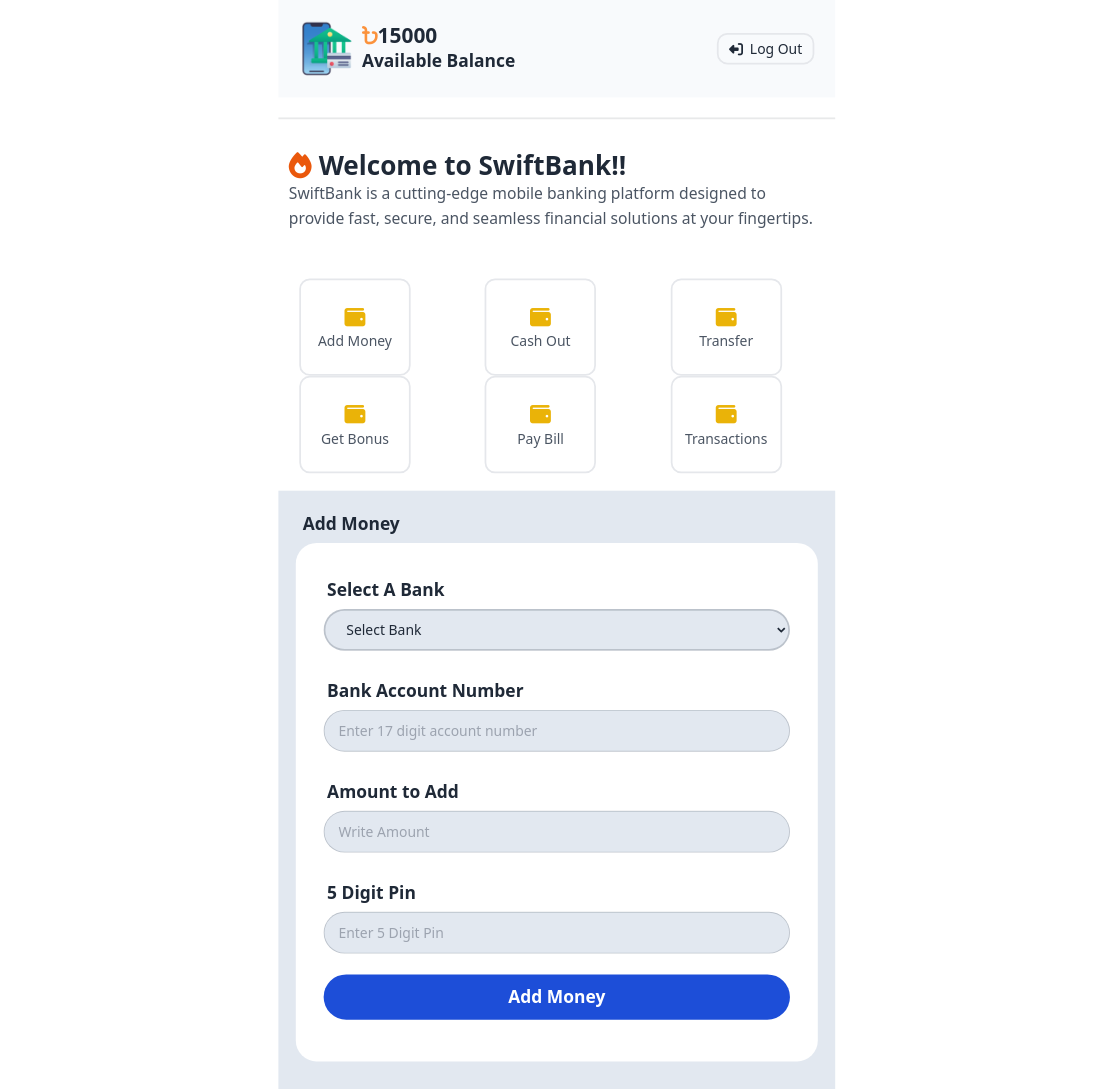
Repository: mukaddam-coder/swift-bank-mobile-banking
Page: home.html
The author's editor kept a copy of each file at every save. The page is drawn from the files as they stood at one save, then again after the next save.
The browser window is 1280 px wide. The pictures show the whole page, at 87% of full size.
Some web libraries are served in a nearby version.

Above is the page before, as saved 2024-12-16 18:49:31.

### home.html
<!DOCTYPE html>
<html lang="en">
<head>
    <meta charset="UTF-8">
    <meta name="viewport" content="width=device-width, initial-scale=1.0">
    <title>SwiftBank</title>
    <!-- Fontawesome CDN -->
    <script src="https://kit.fontawesome.com/c4e7b2ed2f.js" crossorigin="anonymous"></script>
    <!-- Google Fonts -->
    <link rel="preconnect" href="https://fonts.googleapis.com">
    <link rel="preconnect" href="https://fonts.gstatic.com" crossorigin>
    <link href="https://fonts.googleapis.com/css2?family=Montserrat:ital,wght@0,100..900;1,100..900&display=swap" rel="stylesheet">
    <!-- Tailwind + DaisyUi CDN -->
    <link href="https://cdn.jsdelivr.net/npm/daisyui@4.12.19/dist/full.min.css" rel="stylesheet" type="text/css" />
    <script src="https://cdn.tailwindcss.com"></script>

</head>
<body>

<main>
  <div class="w-1/2 mx-auto p-6 bg-slate-50 h-full flex justify-between items-center">
    <div class="flex gap-2">
        <!-- Logo -->
    <div>
    <img class="w-16 h-16" src="images/mobile-banking.png">
    </div>
    <div>
   <h2 class="text-2xl font-bold" id="main-balance">
   <i class="fa-solid fa-bangladeshi-taka-sign text-orange-400"></i>15000</h2>
   <p class="font-semibold text-xl">Available Balance</p>
</div>
</div>
<div>
<button class="border-2 w-28 px-1 py-1 rounded-xl"> <i class="fa-solid fa-right-from-bracket rotate-180 mr-2"></i>Log Out</button>
</div>
        </div>
    <div class="divider w-1/2 mx-auto"></div>
    <!-- Greetings Section -->
        <section class="w-1/2 mx-auto p-3">
            <h1 class="font-bold text-3xl"><i class="fa-solid fa-fire text-orange-600 text-3xl mr-2"></i>Welcome to SwiftBank!!</h1>
            <p class="text-gray-600 text-lg">
                SwiftBank is a cutting-edge mobile banking platform designed to provide fast, secure, and seamless financial solutions at your fingertips.
            </p>
        </section>
     <!-- User Actionable Dashboard -->

     <section class="w-1/2 mx-auto py-8">
        <div class="grid grid-cols-3">
          <div class="w-32 h-28 ml-3 p-3">
            <button id="show-add-money-section" class="border-2 w-32 h-28 rounded-xl bg-white text-gray-600">
            <p><i class="fa-solid fa-wallet text-yellow-500 text-2xl"></i></p>
            Add Money
           </button>
        </div>
          <div class="w-32 h-28 ml-3 p-3">
             <button id="show-cash-out-section" class="border-2 w-32 h-28 rounded-xl bg-white text-gray-600">
              <p><i class="fa-solid fa-wallet text-yellow-500 text-2xl"></i></p>
                Cash Out
              </button>
            </div>
          <div class="w-32 h-28 ml-3 p-3">
          <button id="show-money-transfer-section" class="border-2 w-32 h-28 rounded-xl bg-white text-gray-600">
              <p><i class="fa-solid fa-wallet text-2xl text-yellow-500"></i></p>
                Transfer
              </button>
            </div>
          <div class="w-32 h-28 ml-3 p-3">
        <button id="show-get-bonus-section" class="border-2 w-32 h-28 rounded-xl bg-white text-gray-600">
            <p><i class="fa-solid fa-wallet text-2xl text-yellow-500"></i></p>
                Get Bonus
            </button>
          </div>
        <div class="w-32 h-28 ml-3 p-3">
          <button id="show-pay-bill-section" class="border-2 w-32 h-28 rounded-xl bg-white text-gray-600">
              <p><i class="fa-solid fa-wallet text-2xl text-yellow-500"></i></p>
                      Pay Bill
            </button>
          </div>
        <div class="w-32 h-28 ml-3 p-3">
          <button id="show-transaction-history" class="border-2 w-32 h-28 rounded-xl bg-white text-gray-600">
              <p><i class="fa-solid fa-wallet text-2xl text-yellow-500"></i></p>
                      Transactions
              </button>
            </div>

        </div>
      </section>
      <!-- Add Money Section Start -->
      <section id ="add-money-section" class="w-1/2 mx-auto px-5 py-4 bg-slate-200">
        <h2 class="p-2 font-bold text-xl">Add Money</h2>
        <form class="card-body bg-white rounded-3xl">
            <div class="form-control mb-4">
              <label class="label">
                <span class="label-text font-semibold text-xl">Select A Bank</span>
              </label>
              <select id="bank"  class="input-bordered rounded-full bg-slate-200 h-12 px-5 border-2">
                <option value="Select Bank">Select Bank</option>
                <option value="AB Bank PLC">AB Bank PLC</option>
                <option value="Bangladesh Commerce Bank Limited">Bangladesh Commerce Bank Limited</option>
                <option value="Islami Bank Bangladesh PLC">Islami Bank Bangladesh PLC</option>
                <option value="Dutch-Bangla Bank PLC">Dutch-Bangla Bank PLC</option>
                <option value="Jamuna Bank Limited">Jamuna Bank Limited</option>
                <option value="Trust Bank PLC">Trust Bank PLC</option>
              </select>
              </div>
            <div class="form-control mb-4">
              <label class="label">
                <span class="label-text font-semibold text-xl">Bank Account Number</span>
              </label>
              <input id="input-bank-account-field" type="text" placeholder="Enter 17 digit account number" class="input input-bordered rounded-full bg-slate-200" required />
            </div>
            <div class="form-control mb-4">
              <label class="label">
                <span class="label-text font-semibold text-xl">Amount to Add</span>
              </label>
              <input id="input-amount-field" type="text" placeholder="Write Amount" class="input input-bordered rounded-full bg-slate-200" required />
              </div>
            <div class="form-control mb-4">
              <label class="label">
                <span class="label-text font-semibold text-xl">5 Digit Pin</span>
              </label>
              <input id="input-add-money-pin-number" type="password" placeholder="Enter 5 Digit Pin" class="input input-bordered rounded-full bg-slate-200" required />
              </div>
            <div class="form-control mb-4">
              <button id="btn-add-money" class="bg-blue-700 font-bold text-xl text-white p-3 rounded-full">Add Money</button>
            </div>
          </form>
          <!-- Result Message -->
        <p id="result-message" class="text-center font-bold text-lg mt-4"></p>
      </section>
      <!-- Add Money Section End -->

      <!-- Cash Out Section Start -->
      <section id ="cash-out-section" class="hidden w-1/2 mx-auto px-5 py-4 bg-slate-200">
        <h2 class="p-2 font-bold text-xl">Cash Out</h2>
        <form class="card-body bg-white rounded-3xl">
            <div class="form-control mb-4">
              <label class="label">
                <span class="label-text font-semibold text-xl">Agent Number</span>
              </label>
              <input type="number" id="input-cash-out-phone" placeholder="Enter 11 digit number" class="input input-bordered rounded-full bg-slate-200" maxlength="11" required >
              </div>
             <div class="form-control mb-4">
              <label class="label">
                <span class="label-text font-semibold text-xl">Withdrawal Amount</span>
              </label>
              <input id="input-cash-out-field" type="text" placeholder="Write Amount" class="input input-bordered rounded-full bg-slate-200" required />
            </div>
            <div class="form-control mb-4">
              <label class="label">
                <span class="label-text font-semibold text-xl">5 Digit Pin</span>
              </label>
              <input id="input-cash-out-pin-number" type="password" placeholder="Enter 5 Digit Pin" class="input input-bordered rounded-full bg-slate-200" required />
              </div>
          <div class="form-control mb-4">
              <button id="btn-cash-out" class="bg-blue-700 font-bold text-xl text-white p-3 rounded-full">Cash Out</button>
            </div>
          </form>
      </section>
     <!-- Cash Out Section End -->

     <!-- Money Transfer Section Start -->
     <section id ="money-transfer-section" class="hidden w-1/2 mx-auto px-5 py-4 bg-slate-200">
      <h2 class="p-2 font-bold text-xl">Money Transfer</h2>
      <form class="card-body bg-white rounded-3xl">
          <div class="form-control mb-4">
            <label class="label">
              <span class="label-text font-semibold text-xl">User Account Number</span>
            </label>
            <input type="number" id="input-money-transfer-number" placeholder="Enter 11 digit number" class="input input-bordered rounded-full bg-slate-200" maxlength="11" required >
            </div>
           <div class="form-control mb-4">
            <label class="label">
              <span class="label-text font-semibold text-xl">Amount</span>
            </label>
            <input id="input-money-transfer-amount" type="text" placeholder="Enter Amount to transfer" class="input input-bordered rounded-full bg-slate-200" required />
          </div>
          <div class="form-control mb-4">
            <label class="label">
              <span class="label-text font-semibold text-xl">5 Digit Pin</span>
            </label>
            <input id="input-money-transfer-pin" type="password" placeholder="Enter 5 Digit Pin" class="input input-bordered rounded-full bg-slate-200" required />
            </div>
           <div class="form-control mb-4">
            <button id="btn-money-transfer" class="bg-blue-700 font-bold text-xl text-white p-3 rounded-full">Send Now</button>
          </div>
        </form>
    </section>
     <!-- Money Transfer Section End -->

     <!-- Get Bonus Section Start -->
     <section id ="get-bonus-section" class="hidden w-1/2 mx-auto px-5 py-4 bg-slate-200">
      <h2 class="p-2 font-bold text-xl">Get Bonus</h2>
      <form class="card-body bg-white rounded-3xl">
          <div class="form-control mb-4">
            <label class="label">
              <span class="label-text font-semibold text-xl">Bonus Coupon</span>
            </label>
            <input type="text" id="input-bonus-coupon" placeholder="Enter coupon code" class="input input-bordered rounded-full bg-slate-200" maxlength="11" required >
            </div>

           <div class="form-control mb-4">
            <button id="btn-get-bonus" class="bg-blue-700 font-bold text-xl text-white p-3 rounded-full">Get Bonus</button>
          </div>
        </form>
    </section>
     <!-- Get Bonus Section End -->

     <!-- Pay Bill Section Start -->
     <section id ="pay-bill-section" class="hidden w-1/2 mx-auto px-5 py-4 bg-slate-200">
      <h2 class="p-2 font-bold text-xl">Pay Bill</h2>
      <form class="card-body bg-white rounded-3xl">
          <div class="form-control mb-4">
            <label class="label">
              <span class="label-text font-semibold text-xl">Select to Pay</span>
            </label>
            <select id="payment-list"  class="input-bordered rounded-full bg-slate-200 h-12 px-5 border-2">
              <option value="Select option">Select Payment Option</option>
              <option value="Electricity Bill">Electricity Bill</option>
              <option value="Gas Bill">Gas Bill</option>
              <option value="Water Bill">Water Bill</option>
              <option value="Internet Bill">Internet Bill</option>
              <option value="Mobile Recharge">Mobile Recharge</option>
              <option value="Tax Payments">Tax Payments</option>
              <option value="College/University Tuition Fees">College/University Tuition Fees</option>
              <option value="Bus/Train Tickets">Bus/Train Tickets</option>
              <option value="Bus/Train Tickets">Passport or Visa Fees</option>
              <option value="Credit Card Bill Payments">Credit Card Bill Payments</option>
            </select>
            </div>
           <div class="form-control mb-4">
            <label class="label">
              <span class="label-text font-semibold text-xl">Billar Account Number</span>
            </label>
            <input id="input-billar-account-number-field" type="text" placeholder="Enter account number" class="input input-bordered rounded-full bg-slate-200" required />
            </div>
          <div class="form-control mb-4">
            <label class="label">
              <span class="label-text font-semibold text-xl">Amount to Pay</span>
            </label>
            <input id="input-pay-bill-amount-field" type="number" placeholder="Write Amount" class="input input-bordered rounded-full bg-slate-200" required />
            </div>
          <div class="form-control mb-4">
            <label class="label">
              <span class="label-text font-semibold text-xl">5 Digit Pin</span>
            </label>
            <input id="input-pay-bill-pin-number" type="password" placeholder="Enter 5 Digit Pin" class="input input-bordered rounded-full bg-slate-200" required />
            </div>
          <div class="form-control mb-4">
            <button id="btn-pay-bill" class="bg-blue-700 font-bold text-xl text-white p-3 rounded-full">Pay Now</button>
          </div>
        </form>
        <!-- Result Message -->
        <p id="result-message" class="text-center font-bold text-lg mt-4"></p>
    </section>
     <!-- Pay Bill Section End -->

     <!-- Transaction History Start -->
     <section id ="transaction-history-section" class="hidden w-1/2 mx-auto px-5 py-4 bg-slate-200">
      <div class="flex justify-between items-center">
        <h2 class="p-2 font-bold text-xl">Transaction History</h2>
        <p class="p-2">
          <a href="#">View All</a>
        </p>
      </div>

      <div id="transaction-container">

      </div>
    </section>
     <!-- Transaction History End -->
      <script src="Jscript/utilities.js"></script>
      <script src="Jscript/add-money.js"></script>
      <script src="Jscript/cash-out.js"></script>
      <script src="Jscript/features.js"></script>
      <script src="Jscript/money-transfer.js"></script>
      <script src="Jscript/bonus.js"></script>
      <script src="Jscript/pay-bill.js"></script>
       </main>

</body>
</html>

### Jscript/utilities.js
function getInputFieldValueById(id){
    const inputValue = document.getElementById(id).value;
    const inputNumber = parseFloat(inputValue);
    return inputNumber;
}


function getTextFieldValueById(id){
    const textValue = document.getElementById(id).innerText;
    const textNumber = parseFloat(textValue);
    return textNumber;
}

function showSectionById(id){
    // Hide all the section
    document.getElementById('add-money-section').classList.add('hidden');
    document.getElementById('cash-out-section').classList.add('hidden');
    document.getElementById('money-transfer-section').classList.add('hidden');
    document.getElementById('get-bonus-section').classList.add('hidden');
    document.getElementById('pay-bill-section').classList.add('hidden');
//    Show the section with the provided id
    document.getElementById(id).classList.remove('hidden');
};

### Jscript/add-money.js
document.getElementById('btn-add-money').addEventListener('click', function(event){
    event.preventDefault();
   const bankList = document.getElementById('bank').value;
   const addMoney = getInputFieldValueById('input-amount-field');
   const pinNumber = getInputFieldValueById('input-add-money-pin-number');
   const bankAccNumber = getInputFieldValueById('input-bank-account-field');
   const mainBalance = getTextFieldValueById('main-balance');


    if(isNaN(addMoney)){
        alert('Please enter a positive number to add money.');
        return;
    }

    if(addMoney <= 0 ){
        alert('Please enter a positive number to add money.')
    }

   if(pinNumber === 19945 && bankAccNumber >= 6){
        const newBalance = mainBalance + addMoney;
        document.getElementById('main-balance').innerText = newBalance;
        // Get Transaction time
        const transactionTime = new Date();
        const formattedTime = transactionTime.toLocaleString();

        // Add to transaction histoy
       const transactionDiv = document.createElement('div');
               transactionDiv.classList.add('bg-white', 'rounded-xl', 'p-4', 'mb-4');
               transactionDiv.innerHTML = `
                   <div class = "flex justify-between items-center gap-1">
                       <div class="flex w-1/3">
                       <p><i class="fa-solid fa-wallet text-2xl text-yellow-500 rounded-full bg-slate-200 px-3 py-2"></i></p>
                       <h2 class="p-1 font-bold text-xl text-center">Add Money</h2>
                       </div>
                       <div class="flex-1">
                       <p class="text-md"><span class ="font-bold text-green-600">From ${bankList}</span> BDT: ${addMoney} was added to your account, and your new balance is BDT: ${newBalance}</p>
                       <p class="text-sm text-gray-500 font-bold">Transaction Time: ${formattedTime}</p>
                       </div>
                    </div>`;

               // Append transaction to the transaction history container
               document.getElementById('transaction-container').appendChild(transactionDiv);
         }

   else{
    alert('Failed to add money!Please try again.')
   }
})

### Jscript/features.js

// The add money section will show when the add money button is clicked.
document.getElementById('show-add-money-section').addEventListener('click', function(){
    showSectionById('add-money-section');
});

// The cash-out section will show when the cash-out button is clicked.
document.getElementById('show-cash-out-section').addEventListener('click', function(){
    showSectionById('cash-out-section')
});

// The money transfer section will show when the money transfer button is clicked.

document.getElementById('show-money-transfer-section').addEventListener('click', function(){
    showSectionById('money-transfer-section');
});


document.getElementById('show-get-bonus-section').addEventListener('click', function(){
    showSectionById('get-bonus-section');
});

document.getElementById('show-pay-bill-section').addEventListener('click', function(){
    showSectionById('pay-bill-section');
});


document.getElementById('show-transaction-history').addEventListener('click', function(){
    showSectionById('transaction-history-section');
})

### Jscript/bonus.js
document.getElementById('btn-get-bonus').addEventListener('click', function(event){
    event.preventDefault();
    const getBonusInput = document.getElementById('input-bonus-coupon').value.trim();
    const mainBalanceText = document.getElementById('main-balance').innerText;
    const mainBalance = parseFloat(mainBalanceText);
    const couponCode = 'BONUS10';

    if(getBonusInput === couponCode){
        const bonusAmount = 100;
        const newBalance = mainBalance + bonusAmount;
        document.getElementById('main-balance').innerText = newBalance;
    }
    else{
        alert('Invalid Coupon Code! Please try again.')
    }
})

### Jscript/pay-bill.js
document.getElementById('btn-pay-bill').addEventListener('click', function(event){
         event.preventDefault();

         const paymentList = document.getElementById('payment-list').value;
         const accountNumber = getInputFieldValueById('input-billar-account-number-field');
         const payBillAmount = getInputFieldValueById('input-pay-bill-amount-field');
         const payBillPin = getInputFieldValueById('input-pay-bill-pin-number');

         const mainBalance = getTextFieldValueById('main-balance');

         if(isNaN(payBillAmount)){
            alert('Please enter a positive number.');
            return;
         }

         if(payBillAmount <= 0){
            alert('Please enter a valid amount greater than 0.');
            return;
         }

         if(payBillAmount > mainBalance){
            alert('You do not have sufficient balance to complete the payment.')
            return;
         }

         if(payBillPin === 19945 && accountNumber === 1629501006323){
            const newBalance = mainBalance - payBillAmount;
            document.getElementById('main-balance').innerText = newBalance;
               // add to transaction history
               const transactionDiv = document.createElement('div');
               transactionDiv.classList.add('bg-white', 'rounded-xl', 'p-4', 'mb-4');
               transactionDiv.innerHTML = `
                   <div class = "flex items-center gap-2">
                       <p><i class="fa-solid fa-wallet text-2xl text-yellow-500 rounded-full bg-slate-200 px-3 py-2"></i></p>
                       <h2 class="p-2 font-bold text-lg">${paymentList}</h2>
                       <p class="text-md">BDT ${payBillAmount} paid for ${paymentList}</p>
                       <p class="text-sm text-gray-600">Payment successful! Remaining Balance: BDT ${newBalance}</p>
                   </div>`;

               // Append transaction to the transaction history container
               document.getElementById('transaction-container').appendChild(transactionDiv);
         }

         else{
            alert('Invalid PIN or Account Number! Please try again.')
         }
})

Loaded but not shown: Jscript/money-transfer.js (54 lines, source omitted); Jscript/cash-out.js (53 lines, source omitted)

After the next save:
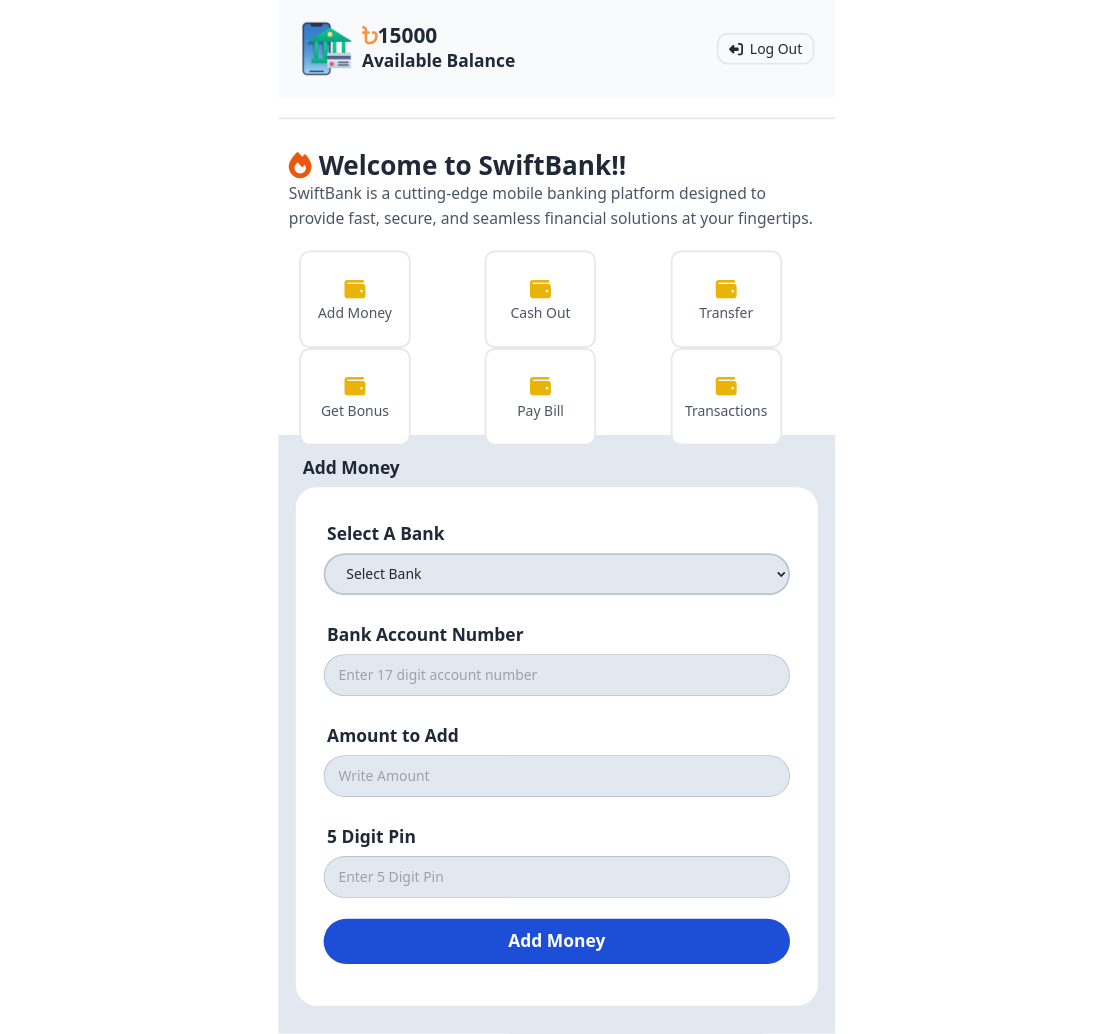
Saved 103 s later.
--- a/home.html
+++ b/home.html
@@ -44,7 +44,7 @@
         </section>
      <!-- User Actionable Dashboard -->
 
-     <section class="w-1/2 mx-auto py-8">
+     <section class="w-1/2 mx-auto">
         <div class="grid grid-cols-3">
           <div class="w-32 h-28 ml-3 p-3">
             <button id="show-add-money-section" class="border-2 w-32 h-28 rounded-xl bg-white text-gray-600">
